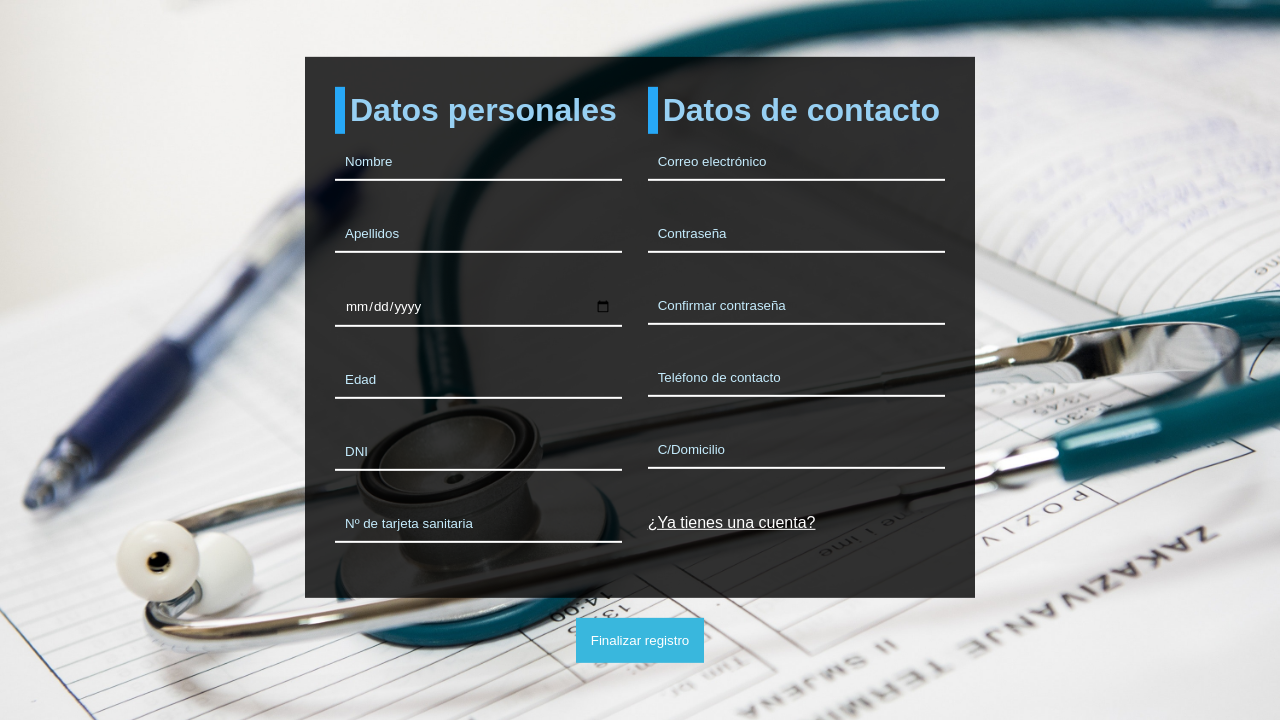
Repository: alejandropiuryp/clinica
Page: http://localhost/XE/registro_usuario.php
An editor plug-in stored every save of this project. The page is shown before and after a run of saves, followed by the edit.
The browser window is 1280 px wide. The pictures show the whole page.
Some web fonts or font styles are not loaded; a fallback is used. Some web libraries are served in a nearby version. The page is run by PHP 8.4 with error messages shown; the project is at /var/www/html/.

Above is the page before, as saved 2020-05-10 15:27:39.

After the next 2 saves:
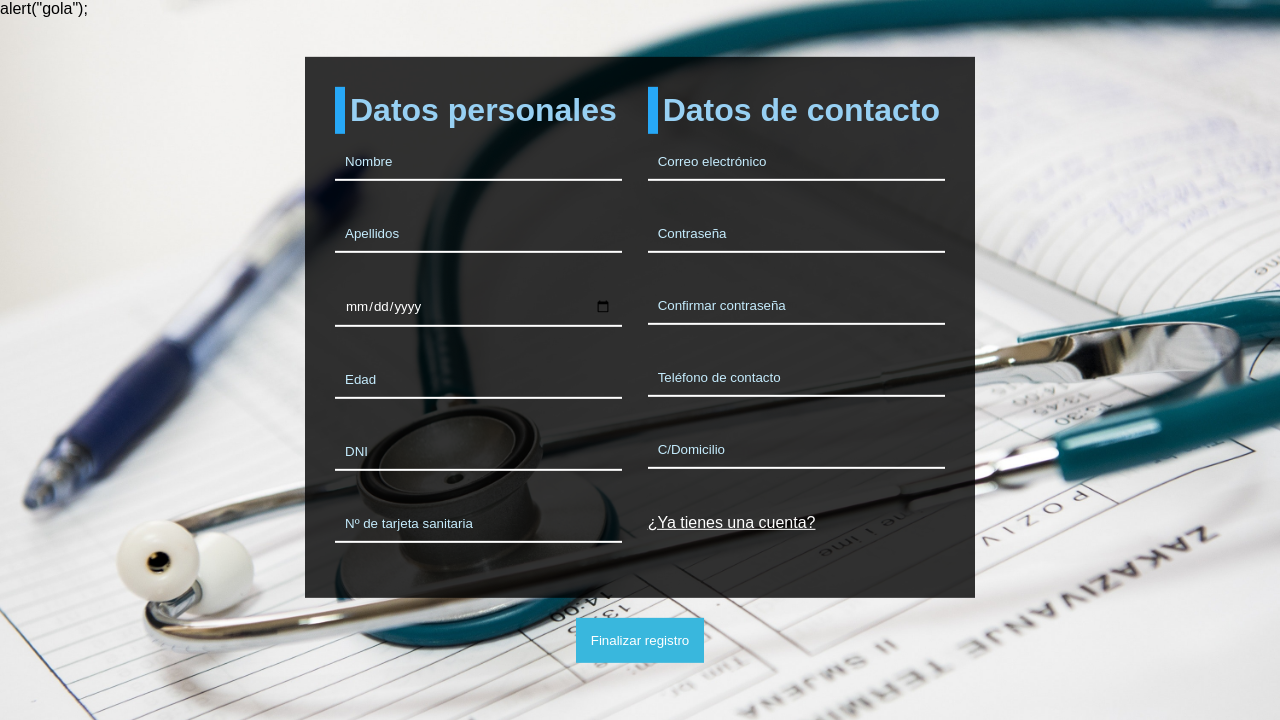
The 2 saves are shown as one change because they came seconds apart.
The last was saved 26 s later.
--- a/ClinicaReconocimiento/registro_usuario.php
+++ b/ClinicaReconocimiento/registro_usuario.php
@@ -54,7 +54,7 @@
 
 			?>
 
-
+			alert("gola");
 			<!--Formulario-->
 			<div class="contenedor">
 				<div class="form">
